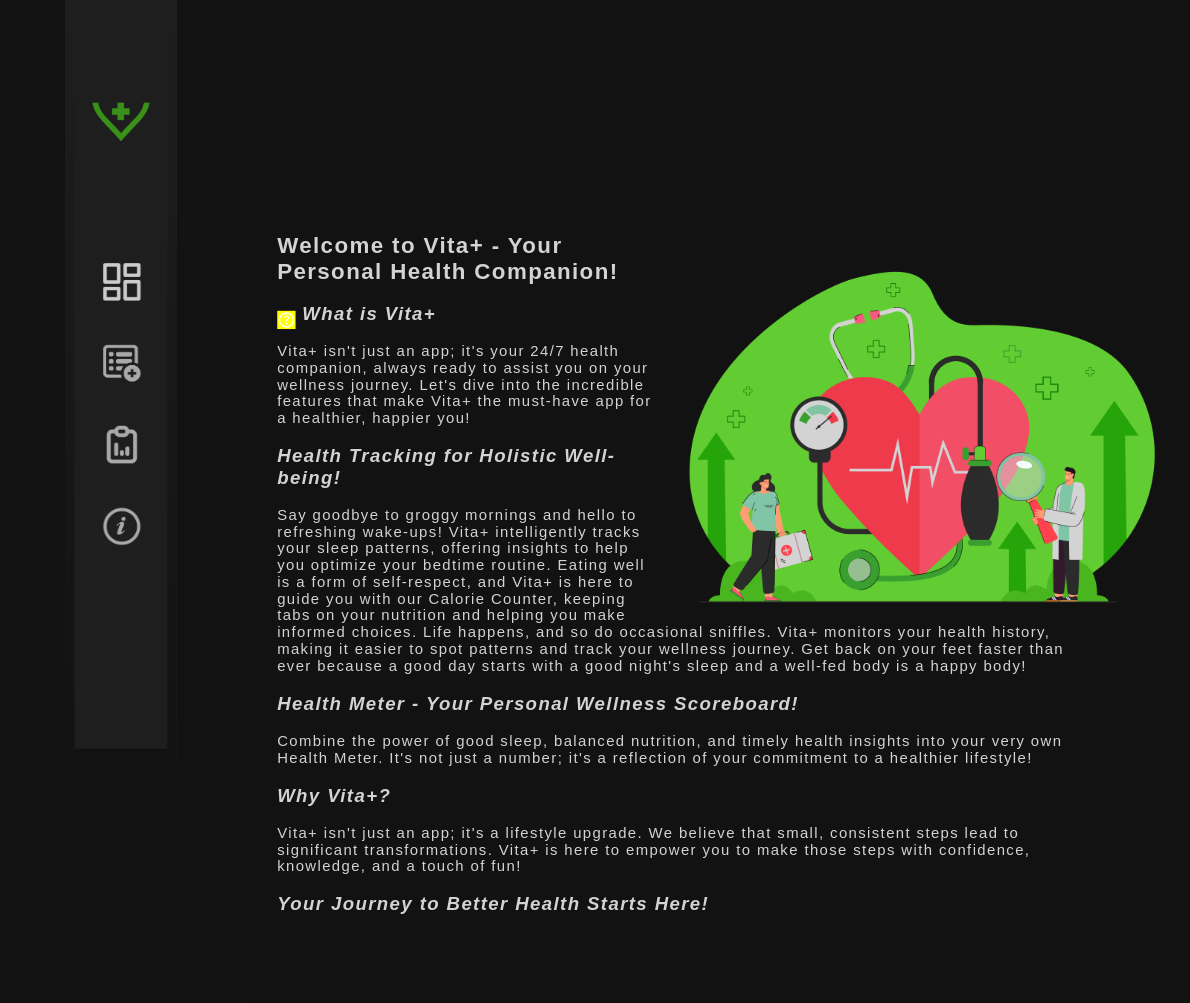
Repository: mhmd-bilal/health-analytics-dashboard
Page: http://localhost/project/info.jsp
These files come from the project's save history. The page is drawn as it stood at one moment and after the next save; the edit follows.
The browser window is 1280 px wide. The pictures show the whole page, at 93% of full size.
Some web fonts or font styles are not loaded; a fallback is used. Some web libraries are served in a nearby version. The page is served by Tomcat 10. Other server files are loaded and not shown.

Above is the page before, as saved 2023-12-06 13:39:36.

### project/src/main/webapp/info.jsp
<%@ page import="project.SleepCalculator" %>
  <%@ page import="project.CaloriesCalculator" %>
    <%@ page import="project.IllnessCalculator " %>

      <html>

      <head>
        <meta charset="UTF-8">
        <meta name="viewport" content="width=device-width, initial-scale=1.0">
        <title>Your Health Dashboard</title>
        <link rel="stylesheet" href="https://fonts.googleapis.com/css?family=Kanit">
        <link rel="stylesheet" type="text/css" href="styles2.css">
        <meta name="viewport" content="width=device-width, initial-scale=1">
        <script src='https://cdnjs.cloudflare.com/ajax/libs/jquery/3.2.1/jquery.min.js'></script>
<link rel="stylesheet" href="https://fonts.googleapis.com/icon?family=Material+Icons">
        <script>
          // Use fetch to trigger the SleepAnalyticsServlet on page load
          function fetchSleepAnalytics() {
            fetch('SleepAnalyticsServlet')
              .then(response => response.text())
              .then(data => {
                // Optional: You can add logic to update the UI based on the response from the servlet
                console.log(data);
              })
              .catch(error => {
                console.error('Error:', error);
              });
          }
          function submitForm() {
            var inputValue = document.getElementById("inputValue").value;

            fetch('SaveToDatabaseServlet', {
              method: 'POST',
              headers: {
                'Content-Type': 'application/x-www-form-urlencoded',
              },
              body: 'inputValue=' + encodeURIComponent(inputValue),
            })
              .then(response => response.json())
              .then(data => {
                alert(data.message);
                if (data.recordAdded) {
                  alert('Record added successfully!');
                }
              })
              .catch(error => {
                console.error('Error:', error);
              });
          }

          function redirectToAddRecordPage() {
            window.location.href = 'addrecord.jsp';
          }



        </script>

      </head>
      <body style="overflow:hidden">
      <img src="infograhic.png" class="infograhic" height="400px" ></p>
      <div class="sidenav">
    <a href="#" style="padding-bottom: 100px;padding-left: 10px;"><img style="width: 95%;filter: brightness(1);" src="logo.png"></a>
    <a class="active" href="index2.jsp"><img src="dashboard.png"></a>
    <a href="add.jsp"><img src="add.png"></a>
    <a href="anal.jsp"><img src="anal.png"></a>
    <a href="info.jsp"><img src="info.png"></a>
  </div>
        <div style="width:70%;font-spacing:1px;margin-top:250px;" class="main">
                  <h2 style="font-weight: bolder;">Welcome to Vita+ - Your Personal Health Companion!</h2>
<p style="font-weight: bold;font-style:italic;font-size: 20px;;"><img src="help.png" style="margin-bottom:-10px;height:20px;filter: invert(100%);background-color:blue" > What is Vita+</p>
Vita+ isn't just an app; it's your 24/7 health companion, always ready to assist you on your wellness journey. Let's dive into the incredible features that make Vita+ the must-have app for a healthier, happier you!

<p style="font-weight: bold;font-style:italic;font-size: 20px;">Health Tracking for Holistic Well-being!</p>
<p>Say goodbye to groggy mornings and hello to refreshing wake-ups! Vita+ intelligently tracks your sleep patterns, offering insights to help you optimize your bedtime routine. Eating well is a form of self-respect, and Vita+ is here to guide you with our Calorie Counter, keeping tabs on your nutrition and helping you make informed choices. Life happens, and so do occasional sniffles. Vita+ monitors your health history, making it easier to spot patterns and track your wellness journey. Get back on your feet faster than ever because a good day starts with a good night's sleep and a well-fed body is a happy body!</p>

<p style="font-weight: bold;font-style:italic;font-size: 20px;">Health Meter - Your Personal Wellness Scoreboard!</p>
Combine the power of good sleep, balanced nutrition, and timely health insights into your very own Health Meter. It's not just a number; it's a reflection of your commitment to a healthier lifestyle!

<p style="font-weight: bold;font-style:italic;font-size: 20px;">Why Vita+?</p>
Vita+ isn't just an app; it's a lifestyle upgrade. We believe that small, consistent steps lead to significant transformations. Vita+ is here to empower you to make those steps with confidence, knowledge, and a touch of fun!

<p style="font-weight: bold;font-style:italic;font-size: 20px;">Your Journey to Better Health Starts Here!

      </div>

      </body>

      </html>

### project/src/main/webapp/styles2.css
body {
  font-family: "Montserrat", sans-serif;
  letter-spacing: 1.5px;
  background-color: #121212;
}

.sidenav {
  align-items: center;
  height: 100%;
  width: 100px;
  position: fixed;
  z-index: 1;
  top: 0;
  left: 0;
  background-color: #1E1E1E;
  overflow-x: hidden;
  padding-top: 75px;
  margin-left: 70px;
  margin-right: 100px;
  margin-top: 0px;
  border: 10px solid;
  border-image: linear-gradient(to bottom, #1E1E1E, #121212) 1;
}

.sidenav img {
  width: 75%;
}

.sidenav a {
  padding: 6px 6px 30px 25px;
  text-decoration: none;
  font-size: 25px;
  color: #d3d3d3;
  display: block;
  filter: brightness(0.8);
  transition: 0.2s;
}

.sidenav a:hover {
  filter: brightness(1.75);
}

.active img {
  filter: brightness(2);
}


.main {
  margin-left: 290px;
  margin-top: 100px;
  color: #d3d3d3;
  width: 1500px;
  height: 820px;
}

.container {
  display: flex;
}

.moodenter {
  border: 0px;
  border-radius: 25px;
  height: 50px;
  line-height: normal;
  color: #282828;
  display: block;
  width: 90%;
  box-sizing: border-box;
  user-select: auto;
  font-size: 16px;
  padding: 0 6px;
  padding-left: 30px;
  outline: none;
  background-color: #d3d3d3;
  margin-right: 10px;

}

.subbtn {
  width: 10%;
  display: inline-block;
  outline: none;
  cursor: pointer;
  font-size: 14px;
  line-height: 1;
  border-radius: 500px;
  transition-property: background-color, border-color, color, box-shadow, filter;
  transition-duration: .3s;
  border: 0px;
  letter-spacing: 2px;
  min-width: 160px;
  text-transform: uppercase;
  white-space: normal;
  font-weight: 700;
  text-align: center;
  padding: 16px 14px 18px;
  color: #fff;
  background-color: #49b51f;
  height: 48px;

  :hover {
    filter: brightness(1.75);
  }

}

.analytics_container {
  width: 100%;
  height: 60%;
  background-color: #121212;
  display: flex;
}

.pie {
  width: 40%;
}

.count {
  background-color: #1E1E1E;
  width: 60%;
  border: solid 8px transparent;
  border-radius: 80px;
  display: grid;
  background-image: linear-gradient(#1E1E1E, #1E1E1E), linear-gradient(to bottom, #1E1E1E, #121212);
  background-origin: border-box;
  background-clip: padding-box, border-box;
}

.counts {
  display: flex;
  margin-bottom: -60px;
}

.health-meter {
  padding: 0px 0px 10px 70px;
  display: flexbox;
  width: 83.5%;
}

.card {
  background-color: none;
  padding: 70px 0px 10px 70px;
  display: flexbox;
  width: 22.5%;
  height: 60%;
  height: 45%;
}

.count-icon {
  width: 60px;
  margin-left: -5px;
}

.count-text {
  font-size: 25px;
  line-height: 0px;
  font-weight: bolder;
  font-style: normal;
  margin-top: 30px;
}

.count-count {
  font-size: 18px;
  line-height: 0px;
  font-weight: lighter;
  margin-top: -12px;

}

.pbbg {
  background-color: #282828;
  width: 100%;
  height: 3%;
  border-radius: 80px;
}

.pb {
  background-color: #49b51f;
  height: 100%;
  border-radius: 80px;
}

.choose {
  width: 100%;
  height: 20%;
  background-color: #121212;
  display: flex;
}

.choose-card {
  height: 120%;
  width: 33%;
  align-items: center;
  text-align: center;
  background-image: linear-gradient(to bottom, #1E1E1E, #121212);
  ;
  border: #121212 solid 9px;
  border-radius: 40px 40px 0px 0px;
  padding: 60px 0px 0px 1px;
  transition: 1s;
  margin-top: 5px;
}

.choose-card a {
  background-color: transparent;
  outline: none;
  border: none;
}

.choose-card:hover {
  translate: 0 -5px;
}

#formFrame {
  margin-top: 200px;
}

.choose-card img {
  height: 70px;
}


.main-entry {
  width: 100%;
  height: 20%;
  text-align: center;
  color: #d3d3d3;
}

.date-pick {
  background-color: #1E1E1E;
  color: white;
  outline: none;
  border: none;
  border-radius: 25px;
  padding: 10px;
}

.subbtnentry {
  width: 40px;
  height: 30px;
  display: inline-block;
  outline: none;
  cursor: pointer;
  font-size: 14px;
  line-height: 1;
  border-radius: 500px;
  transition-property: background-color, border-color, color, box-shadow, filter;
  transition-duration: .3s;
  border: 0px;
  letter-spacing: 2px;
  min-width: 160px;
  text-transform: uppercase;
  white-space: normal;
  font-weight: 600;
  text-align: center;
  padding: 5px;
  color: #fff;
  background-color: #49b51f;
}
.chartFrame{
	outline: none;
	border: none;
	margin-top: 30px;
}

.md{
	text-align: center;
	color: #d3d3d3;
	z-index: 1;
	position: absolute;
	margin-top: -260px;
	margin-left: 245px;
}

.infograhic{
	z-index: 1;
	position: relative;
	padding-top: 20px;
	float: right;
}
@media screen and (max-height: 450px) {
  .sidenav {
    padding-top: 15px;
  }

  .sidenav a {
    font-size: 18px;
  }
}

[data-icon]:before {
  font-family: icons; /* BYO icon font, mapped smartly */
  content: attr(data-icon);
}

After the next save:
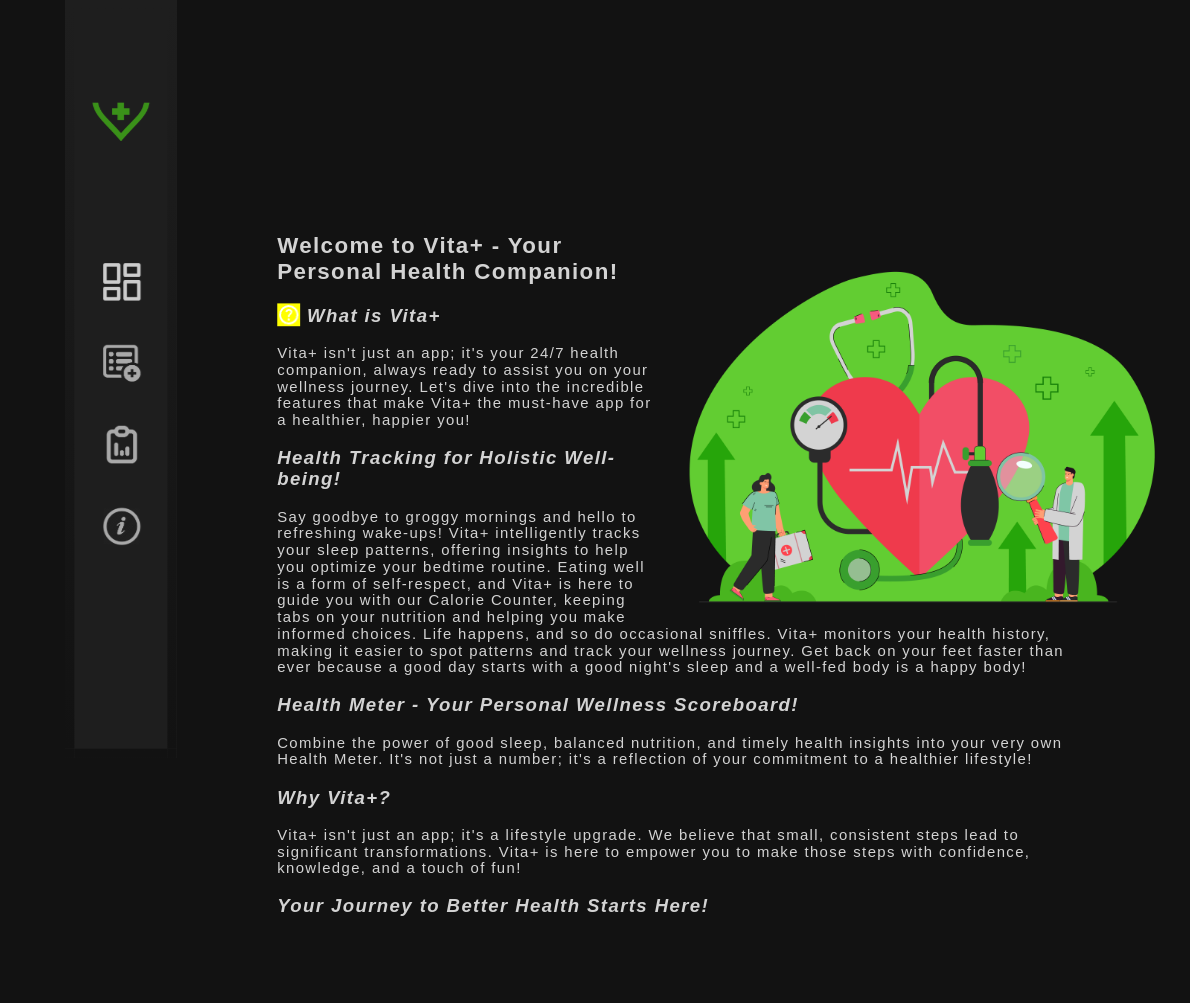
Saved 13 s later.
--- a/project/src/main/webapp/info.jsp
+++ b/project/src/main/webapp/info.jsp
@@ -68,7 +68,7 @@
   </div>
         <div style="width:70%;font-spacing:1px;margin-top:250px;" class="main">
                   <h2 style="font-weight: bolder;">Welcome to Vita+ - Your Personal Health Companion!</h2>
-<p style="font-weight: bold;font-style:italic;font-size: 20px;;"><img src="help.png" style="margin-bottom:-10px;height:20px;filter: invert(100%);background-color:blue" > What is Vita+</p>
+<p style="font-weight: bold;font-style:italic;font-size: 20px;;"><img src="help.png" style="margin-bottom:-5px;height:25px;filter: invert(100%);background-color:blue" > What is Vita+</p>
 Vita+ isn't just an app; it's your 24/7 health companion, always ready to assist you on your wellness journey. Let's dive into the incredible features that make Vita+ the must-have app for a healthier, happier you!
 
 <p style="font-weight: bold;font-style:italic;font-size: 20px;">Health Tracking for Holistic Well-being!</p>
